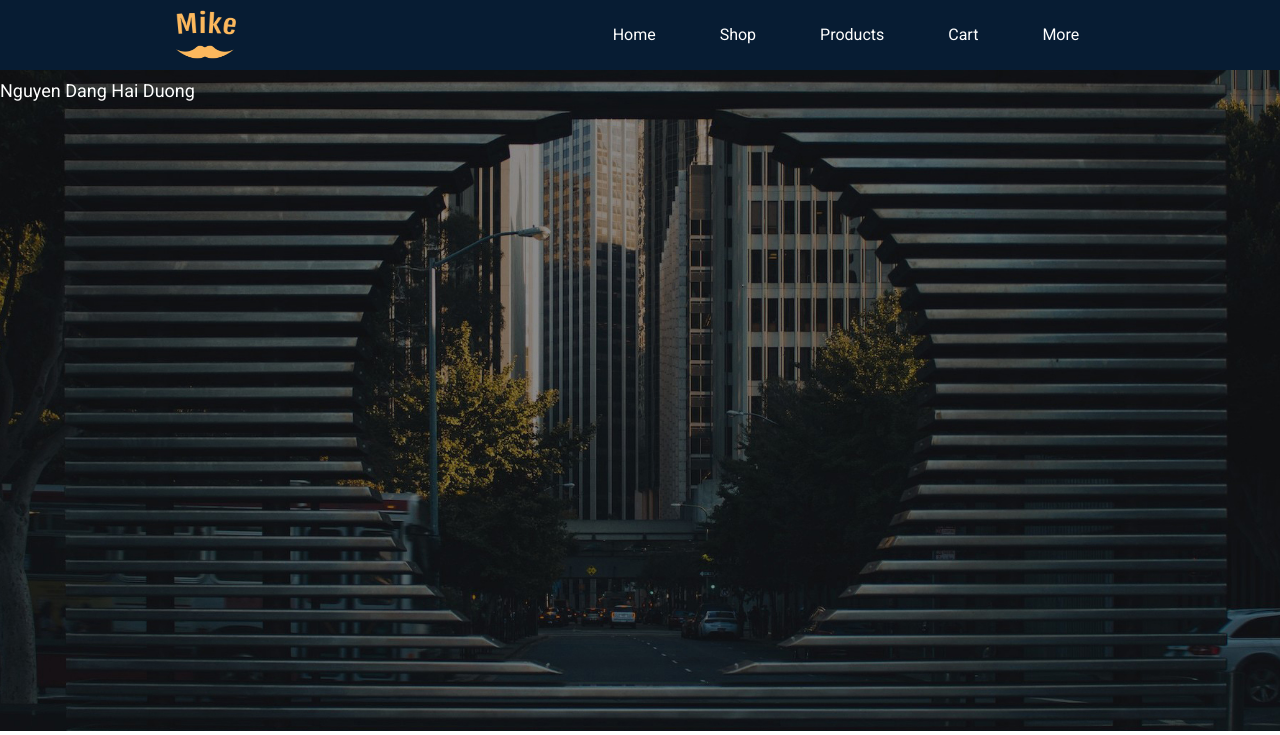
Repository: haiduong7499/Personal-Profile
Page: index.html
The author's editor kept a copy of each file at every save. The page is drawn from the files as they stood at one save, then again after the next save.
The browser window is 1280 px wide. The pictures show the whole page.

Above is the page before, as saved 2021-02-27 16:59:06.

### index.html
<!DOCTYPE html>
<html lang="en">
<head>
    <meta charset="UTF-8">
    <meta http-equiv="X-UA-Compatible" content="IE=edge">
    <meta name="viewport" content="width=device-width, initial-scale=1.0">
    <link rel="stylesheet" href="style/style.css">
    <link rel="stylesheet" href="style/base.css">
    <link rel="preconnect" href="https://fonts.gstatic.com">
    <link rel="preconnect" href="https://fonts.gstatic.com">
<link href="https://fonts.googleapis.com/css2?family=Roboto:wght@400;700&display=swap" rel="stylesheet">
    <title>Project</title>
</head>
<body>
    <div id="header">
        <img src="./asset/5c0eefeb-053e-4086-8d42-7e5a35580c82_200x200.png" alt="">
            <ul id="navbar">
                <li><a href="">Home</a></li>
                <li><a href="">Shop</a></li>
                <li><a href="">Products</a></li>
                <li><a href="">Cart</a></li>
                <li><a href="">More</a></li>
            </ul>
    </div>

    <div class="banner">
        <img src="./asset/home-parallax.jpg" alt="">
        <p>Nguyen Dang Hai Duong</p>
    </div>


</body>
</html>

### style/style.css
*{
    padding: 0;
    margin: 0;
    box-sizing: border-box;
}
html{
    font-family: 'Roboto', sans-serif;
}

#header {
    display:flex;
    justify-content: space-around;
    width: 100%;
    height:70px;
    background:#071C33;
    position: relative;
}
#header img{
    top: 8px;
    width: 5.5%;
    height: 75%;
    position: relative;
    line-height:70px;
}

#navbar li {
    list-style: none;
    line-height: 70px;
    display:inline-block;
}

#navbar li a{
    display: inline-block;
    padding: 0 30px;
    line-height: 70px;
    text-decoration: none;
    color: #fff;
}
#navbar li:hover a{
    background-color: #fcb85d;
    color: #071C33;
}

.banner{
    position: relative;
}

.banner img{
    position: relative;
    width:100%;
}
.banner p{
    position: absolute;
    top: 10px;
    color: #fff;
    font-size: 18px;
}

Loaded but not shown: style/base.css (no stored copy; drawn as an empty file)

After the next save:
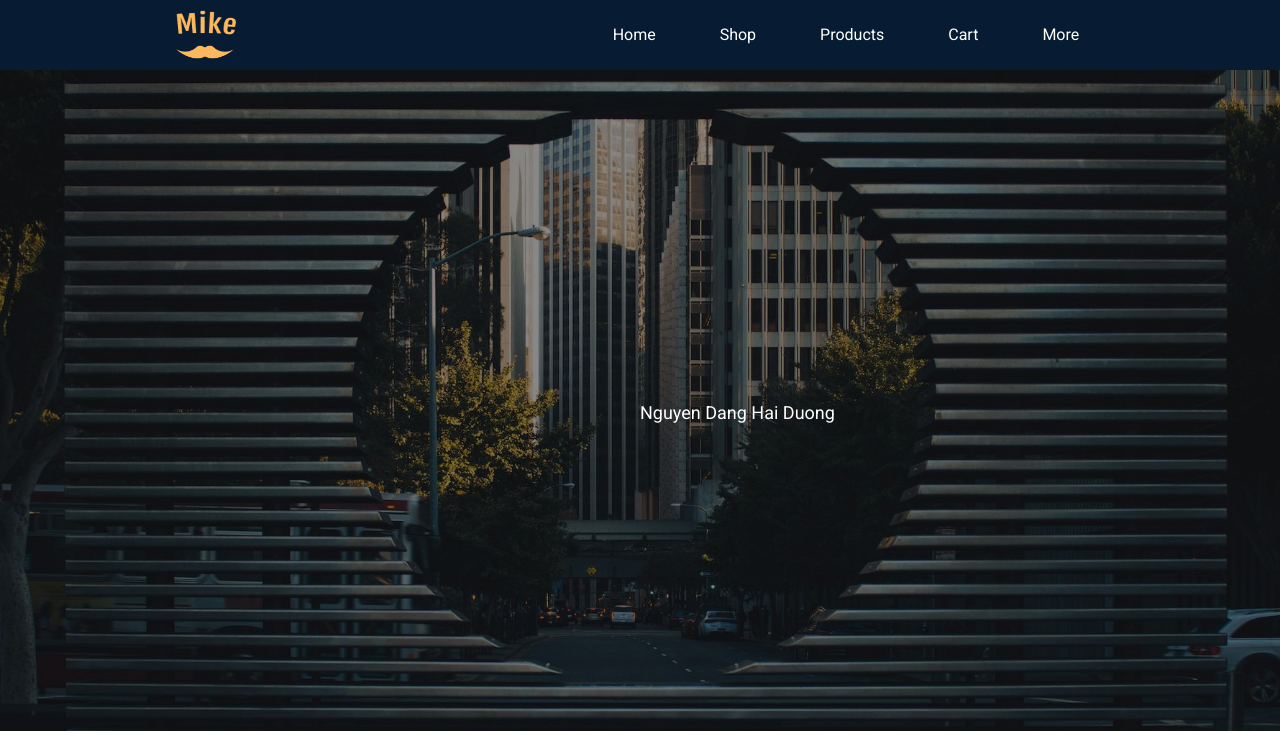
Saved 16 s later.
--- a/style/style.css
+++ b/style/style.css
@@ -51,7 +51,8 @@
 }
 .banner p{
     position: absolute;
-    top: 10px;
+    top: 50%;
+    left: 50%;
     color: #fff;
     font-size: 18px;
 }
